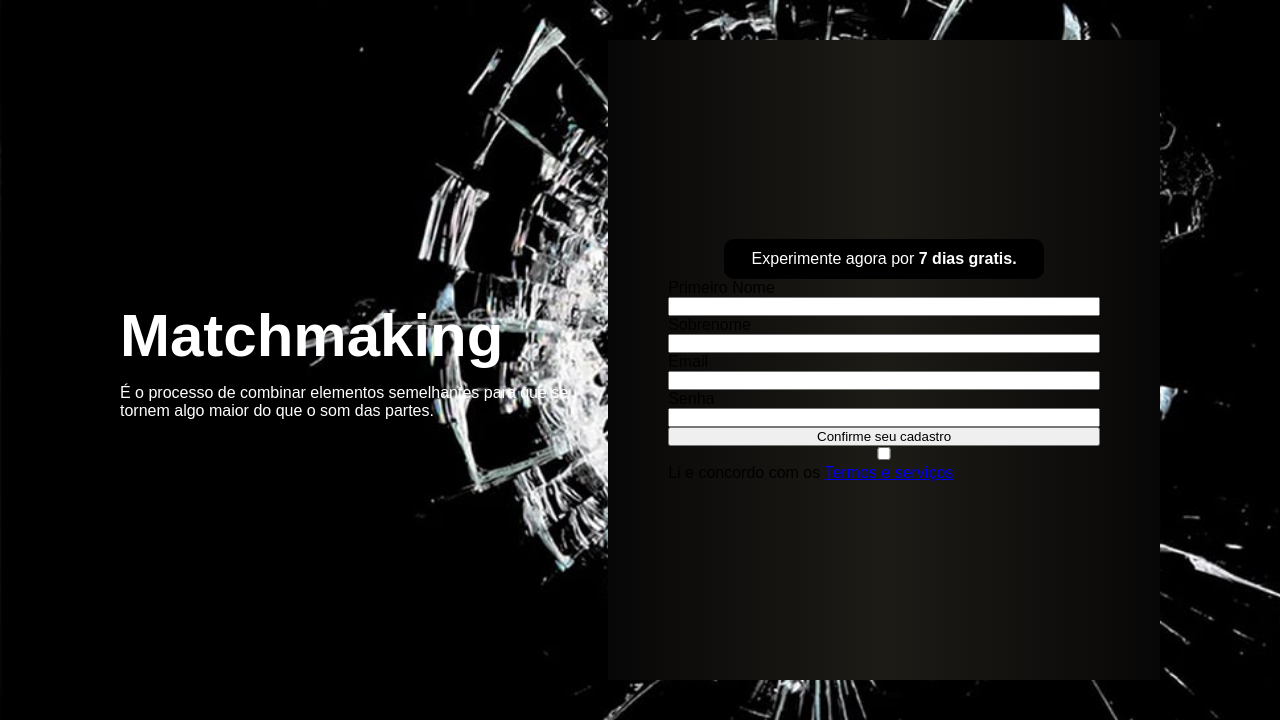
Repository: analessp/tela-login
Page: index.html
The author's editor kept a copy of each file at every save. The page is drawn from the files as they stood at one save, then again after the next save.
The browser window is 1280 px wide. The pictures show the whole page.
Some web fonts or font styles are not loaded; a fallback is used.

Above is the page before, as saved 2025-04-16 10:57:12.

After the next save:
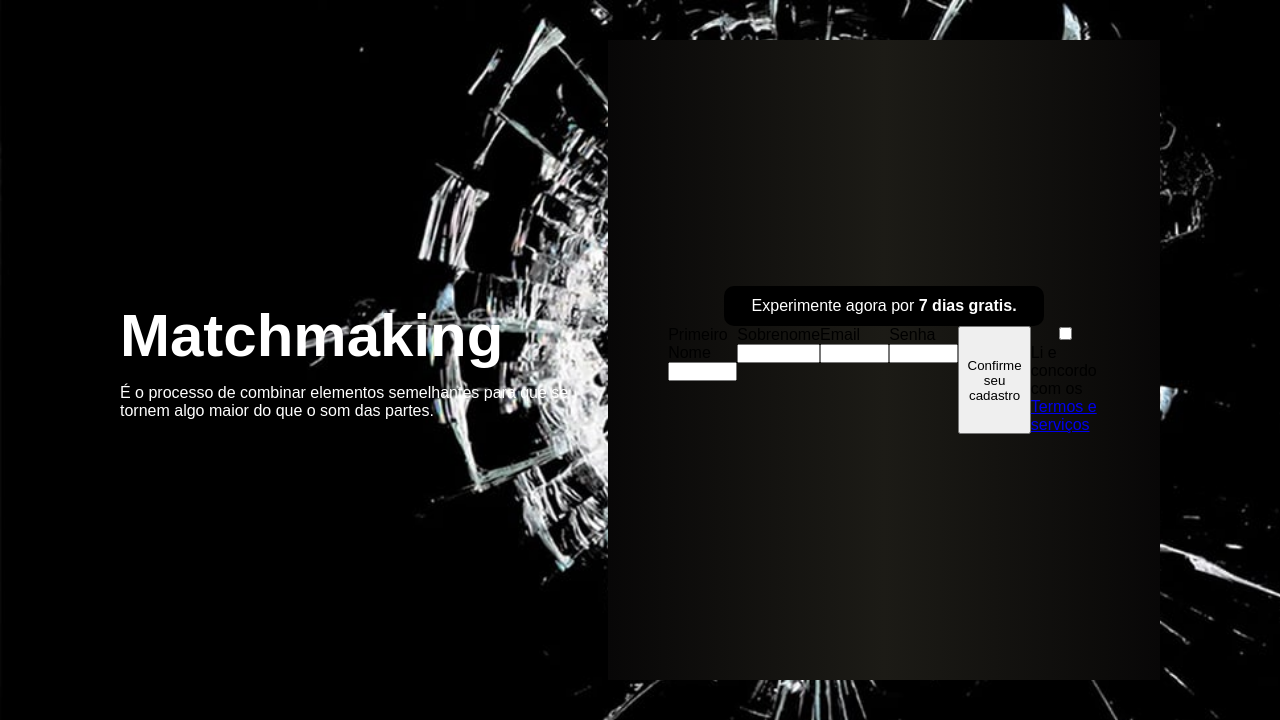
Saved 43 s later.
--- a/style.css
+++ b/style.css
@@ -82,7 +82,7 @@ main {
 text-align: center;
 }
 
-.forms {
+.forms form{
     display: flex;
 }
 
